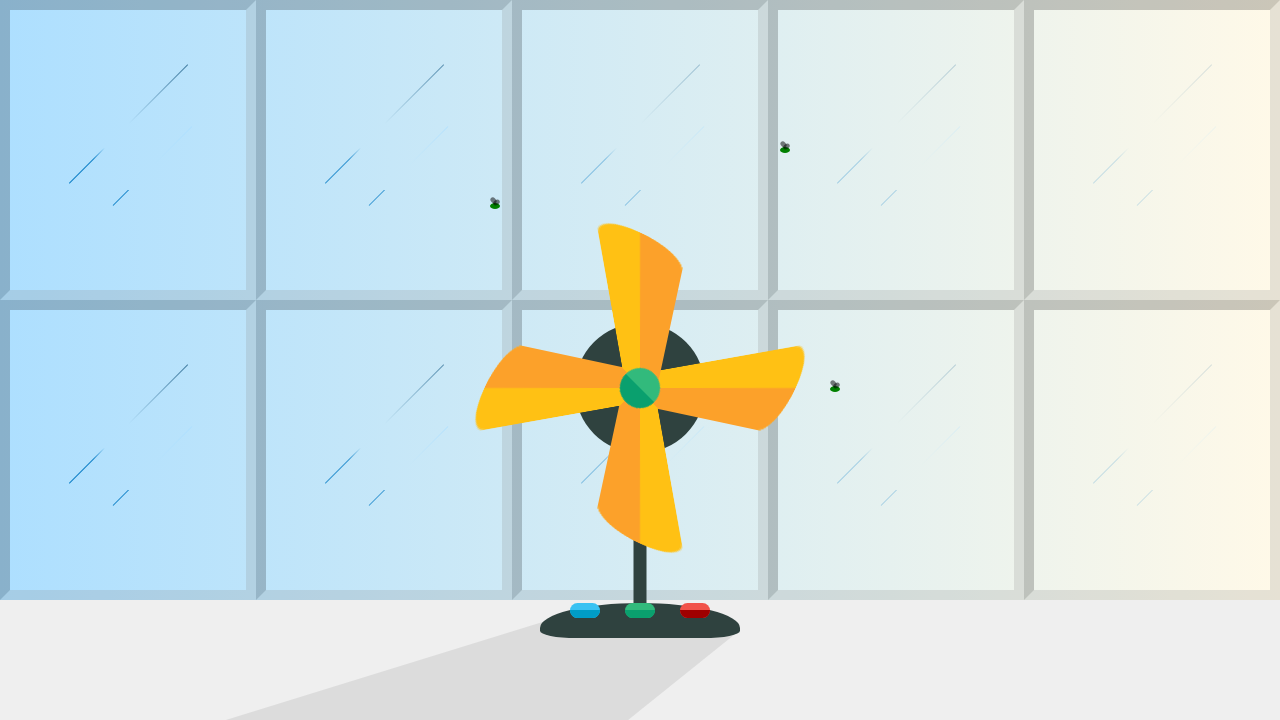
Repository: VuTuanAnh0949/CodeFan
Page: index.html
The author's editor kept a copy of each file at every save. The page is drawn from the files as they stood at one save, then again after the next save.
The browser window is 1280 px wide. The pictures show the whole page.

Above is the page before, as saved 2022-06-21 12:59:17.

### index.html
<!DOCTYPE html>
<html lang="en">
<head>
    <meta charset="UTF-8">
    <meta http-equiv="X-UA-Compatible" content="IE=edge">
    <meta name="viewport" content="width=device-width, initial-scale=1.0">
    <title>Document</title>
    <link rel="stylesheet" href="style.css">
</head>
<body>
    <div class="windows">
        <div class="window"></div>
        <div class="window"></div>
        <div class="window"></div>
        <div class="window"></div>
        <div class="window"></div>
        <div class="window"></div>
        <div class="window"></div>
        <div class="window"></div>
        <div class="window"></div>
        <div class="window"></div>
    </div>
    <div class="fan">
        <div class="fan__root"> <span class="top"> <label class="red" for="engine"></label> <label class="green"
                    for="engine2"></label> <label class="blue" for="jack"></label> </span> <span class="bottom"></span>
        </div>
        <div class="fan__staddle"></div> <input type="checkbox" id="jack" hidden />
        <div class="head">
            <div class="fan__engine"> <span class="center"></span> </div> <input type="checkbox" id="engine" hidden
                checked />
            <div> <span class="fly"></span> <span class="fly"></span> <span class="fly"></span>
                <div class="fan__blades"> <input type="checkbox" id="engine2" hidden checked />
                    <div class="fan__blades">
                        <div class="center"></div>
                        <div class="blade"><span></span></div>
                        <div class="blade"><span></span></div>
                        <div class="blade"><span></span></div>
                        <div class="blade"><span></span></div>
                    </div>
                </div>
            </div>
        </div>
    </div>

</body>
</html>

### style.css
html {
    overflow: hidden;
}

body {
    overflow: hidden;
    margin: 0;
    padding: 0;
    background: linear-gradient(90deg, #addfff, #fff9e8);
    display: flex;
    justify-content: center;
    align-items: center;
    width: 100vw;
    height: 100vh;
    position: relative;
}

body::after {
    position: absolute;
    width: 100%;
    content: "";
    height: calc(100% - 600px);
    z-index: 0;
    background: #efefef;
    bottom: 0;
}

@keyframes spin {
    from {
        transform: rotate(0deg);
    }

    to {
        transform: rotate(360deg);
    }
}

@keyframes off {
    to {
        transform: rotate(380deg);
    }
}

@keyframes off2 {
    to {
        transform: rotate(880deg);
    }
}

@keyframes fly {
    to {
        margin-top: 50px;
    }
}

span {
    display: block;
}

.windows {
    width: 100vw;
    height: 100vh;
    position: absolute;
    z-index: 0;
    top: 0;
    left: 0;
    display: flex;
    flex-wrap: wrap;
    align-content: flex-start;
}

.window {
    flex: 1 20%;
    box-sizing: border-box;
    height: 300px;
    position: relative;
    border: 10px inset rgba(51, 51, 51, 0.2);
}

.window::after {
    position: absolute;
    height: 60%;
    width: 1px;
    border-radius: 10px;
    background: linear-gradient(to top, #0f80c7 20%, transparent 30%, transparent 50%, #3f7ba0 100%);
    opacity: 1;
    z-index: 5;
    top: 30px;
    left: 50%;
    transform: rotate(45deg);
    display: block;
    content: "";
}

.window::before {
    position: absolute;
    height: 40%;
    width: 1px;
    border-radius: 10px;
    background: linear-gradient(to top, #0f80c7 20%, transparent 10%, transparent 50%, #addfff 100%);
    opacity: 1;
    z-index: 5;
    top: 100px;
    left: 60%;
    transform: rotate(45deg);
    display: block;
    content: "";
}

.window:nth-child(5n - 3)::after,
.window:nth-child(5n - 3)::before {
    opacity: 0.8 !important;
}

.window:nth-child(5n - 2)::after,
.window:nth-child(5n - 2)::before {
    opacity: 0.4 !important;
}

.window:nth-child(5n - 1)::after,
.window:nth-child(5n -1)::before {
    opacity: 0.3 !important;
}

.window:nth-child(5n)::after,
.window:nth-child(5n)::before {
    opacity: 0.2 !important;
}

.fly {
    transition: 0.5s all cubic-bezier(0.04, 0.06, 0, 1.18), 1s transform;
    width: 10px;
    height: 6px;
    background: green;
    border-radius: 50%;
    position: absolute;
    animation: fly 5s alternate infinite ease-in-out;
}

.fly:nth-of-type(1) {
    top: -78px;
    left: -200px;
}

.fly:nth-of-type(2) {
    transform: translateY(-10px);
    animation-delay: 4s;
    top: 5px;
    right: -250px;
}

.fly:nth-of-type(3) {
    transform: translateY(0px);
    top: 400px;
    animation-delay: 2s;
    right: -400px;
}

.fly::after,
.fly::before {
    content: "";
    position: absolute;
    width: 7px;
    height: 5px;
    background-color: rgba(0, 0, 0, 0.5);
    display: block;
    border-radius: 50%;
}

.fly::before {
    bottom: 4px;
    transform: rotate(325deg);
    left: 3px;
}

.fly::after {
    transform: rotate(45deg);
    bottom: 6px;
}

.fan {
    width: 500px;
    height: 500px;
    position: relative;
    z-index: 1;
    margin-top: 75px;
    perspective: 500px;
}

.fan::after {
    content: "";
    display: block;
    position: absolute;
    height: 364px;
    width: 200px;
    background: rgba(0, 0, 0, 0.08);
    top: calc(100% - 24px);
    left: calc(50% - 100px);
    z-index: -1;
    transform: rotateX(104deg) rotateY(-1deg) rotate(25deg);
    transform-origin: top;
}

.fan__root {
    width: 200px;
    position: absolute;
    bottom: 0;
    left: 50%;
    transform: translateX(-50%);
}

.fan__root .top {
    overflow: hidden;
    width: 200px;
    height: 25px;
    position: relative;
}

.fan__root .top::after {
    content: "";
    display: block;
    width: 200px;
    height: 50px;
    background: #2f423f;
    border-radius: 50%;
}

.fan__root .top .red {
    position: absolute;
    width: 30px;
    height: 15px;
    border-radius: 15px;
    display: block;
    right: 30px;
    background: #f15249;
    cursor: pointer;
    overflow: hidden;
}

.fan__root .top .green {
    position: absolute;
    width: 30px;
    height: 15px;
    border-radius: 15px;
    display: block;
    right: 85px;
    background: #32ba7c;
    cursor: pointer;
    overflow: hidden;
}

.fan__root .top .green::after {
    content: "";
    display: block;
    width: 100%;
    height: 50%;
    position: absolute;
    bottom: 0;
    background: #0aa06e;
}

.fan__root .top .red::after {
    content: "";
    display: block;
    width: 100%;
    height: 50%;
    position: absolute;
    bottom: 0;
    background: #a00000;
}

.fan__root .top .blue {
    position: absolute;
    cursor: pointer;
    width: 30px;
    height: 15px;
    border-radius: 15px;
    display: block;
    left: 30px;
    background: #3ac2f2;
    overflow: hidden;
}

.fan__root .top .blue::after {
    content: "";
    display: block;
    width: 100%;
    height: 50%;
    position: absolute;
    bottom: 0;
    background: #009cc6;
}

.fan__root .bottom {
    overflow: hidden;
    width: 200px;
    height: 20px;
}

.fan__root .bottom::after {
    content: "";
    display: block;
    width: 200px;
    height: 40px;
    background: #2f423f;
    border-radius: 18%;
    transform: translateY(-30px);
}

.fan__staddle {
    position: absolute;
    bottom: 45px;
    background: #2f423f;
    height: 270px;
    width: 13px;
    left: 50%;
    transform: translateX(-50%);
}

.fan__engine {
    position: absolute;
    bottom: 0px;
    width: 130px;
    height: 130px;
    background: #2f423f;
    border-radius: 50%;
    left: 50%;
    transform: translateX(-50%);
}

.fan__engine::after {
    content: "";
    background: #2f423f;
    display: block;
    width: 25px;
    height: 50px;
    position: absolute;
    top: 105px;
    left: 50%;
    transform: translateX(-50%);
    border-radius: 0 0 5px 5px;
}

.fan__blades {
    width: 230px;
    height: 230px;
    position: absolute;
    bottom: -50px;
    transition: 2s;
    transform-origin: center center;
    left: calc(50% - 115px);
    z-index: 1;
    animation: spin infinite 0.38s linear forwards;
}

.fan__blades .fan__blades {
    bottom: 0;
    animation: spin infinite 0.5s linear forwards;
}

.fan__blades .blade {
    position: absolute;
    width: 50px;
    height: 100%;
    left: 50%;
    transform: translateX(-50%) skewY(25deg);
    perspective: 500px;
    transform-style: preserve-3d;
}

.fan__blades .blade:nth-child(2) {
    transform: translateX(-50%) rotate(90deg) skewY(25deg);
}

.fan__blades .blade:nth-child(3) {
    transform: translateX(-50%) rotate(180deg) skewY(25deg);
}

.fan__blades .blade:nth-child(4) {
    transform: translateX(-50%) rotate(270deg) skewY(25deg);
}

.fan__blades .blade span {
    width: 100%;
    height: 200%;
    border-radius: 44px;
    background: #ffc114;
    position: absolute;
    top: -66px;
    display: block;
    transform-style: preserve-3d;
    transform: rotateX(81deg);
    overflow: hidden;
}

.fan__blades .blade span::after {
    width: 50%;
    height: 100%;
    content: "";
    display: block;
    background: #fca12a;
    transform: rotate(0deg);
}

.fan__blades .center {
    position: absolute;
    overflow: hidden;
    width: 40px;
    height: 40px;
    border-radius: 50%;
    left: 50%;
    top: 50%;
    transform: translate(-50%, -50%) rotate(45deg);
    background: #32ba7c;
    z-index: 2;
}

.fan__blades .center::after {
    display: block;
    content: "";
    width: 40px;
    height: 20px;
    background: #0aa06e;
}

.head {
    transition: 1s transform;
    height: auto;
    width: auto;
    position: absolute;
    width: 300px;
    height: 300px;
    bottom: 195px;
    left: calc(50% - 150px);
    /* transform: translateX(-50%); */
}

#engine:checked+div>div {
    animation: off2 1s ease-out forwards;
}

#engine:checked+div>span:nth-child(1) {
    transition: 5s all ease-in-out, 1s transform;
    left: 0px;
    top: 0px;
}

#engine:checked+div>span:nth-child(2) {
    transition: 5s all ease-in-out, 1s transform;
    right: 0px;
    top: 0px;
}

#engine:checked+div>span:nth-child(3) {
    transition: 7s all ease-in-out, 1s transform;
    right: -50px;
    top: 200px;
}

#engine2:checked+div {
    animation: off 1s ease-out forwards;
}

#jack:checked+div {
    transform: translateY(-115px);
}

#jack:checked+div>div:nth-child(3)>span {
    transform: translateY(115px);
}

@media screen and (max-width: 900px) {
    .window {
        flex: 1 25% !important;
    }
}

@media screen and (max-width: 800px) {
    .window {
        flex: 1 33.3333333% !important;
    }
}

@media screen and (max-width: 700px) {
    .window {
        flex: 1 50% !important;
    }
}

After the next save:
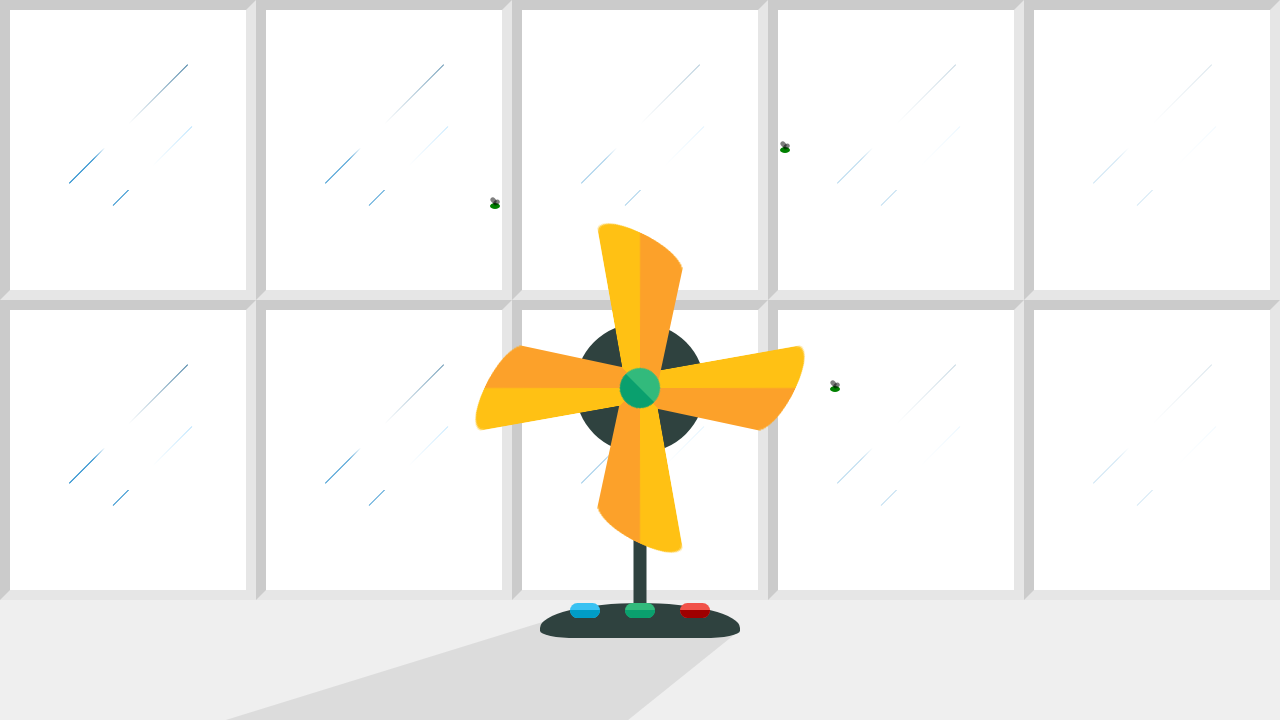
Saved 31 min 13 s later.
--- a/style.css
+++ b/style.css
@@ -6,7 +6,7 @@
     overflow: hidden;
     margin: 0;
     padding: 0;
-    background: linear-gradient(90deg, #addfff, #fff9e8);
+/*     background: linear-gradient(90deg, #addfff, #fff9e8); */
     display: flex;
     justify-content: center;
     align-items: center;

After the save that followed:
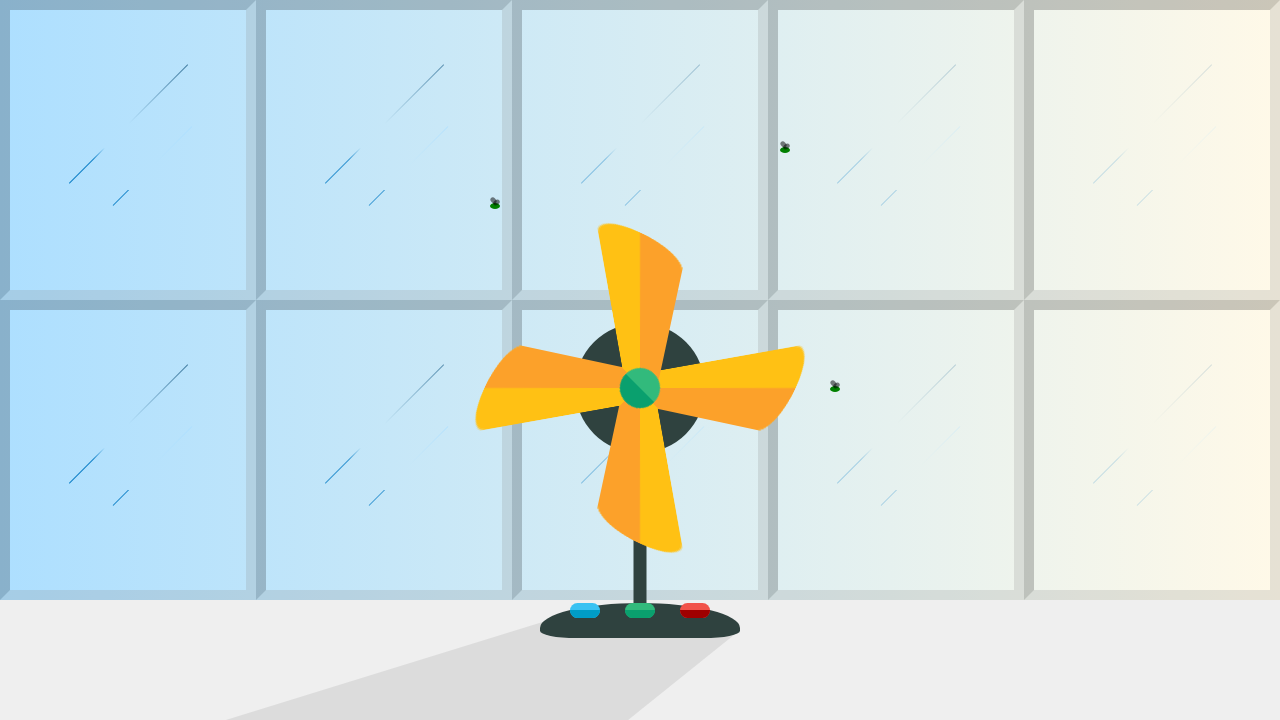
Saved 4 s later.
--- a/style.css
+++ b/style.css
@@ -6,7 +6,7 @@
     overflow: hidden;
     margin: 0;
     padding: 0;
-/*     background: linear-gradient(90deg, #addfff, #fff9e8); */
+    background: linear-gradient(90deg, #addfff, #fff9e8);
     display: flex;
     justify-content: center;
     align-items: center;
